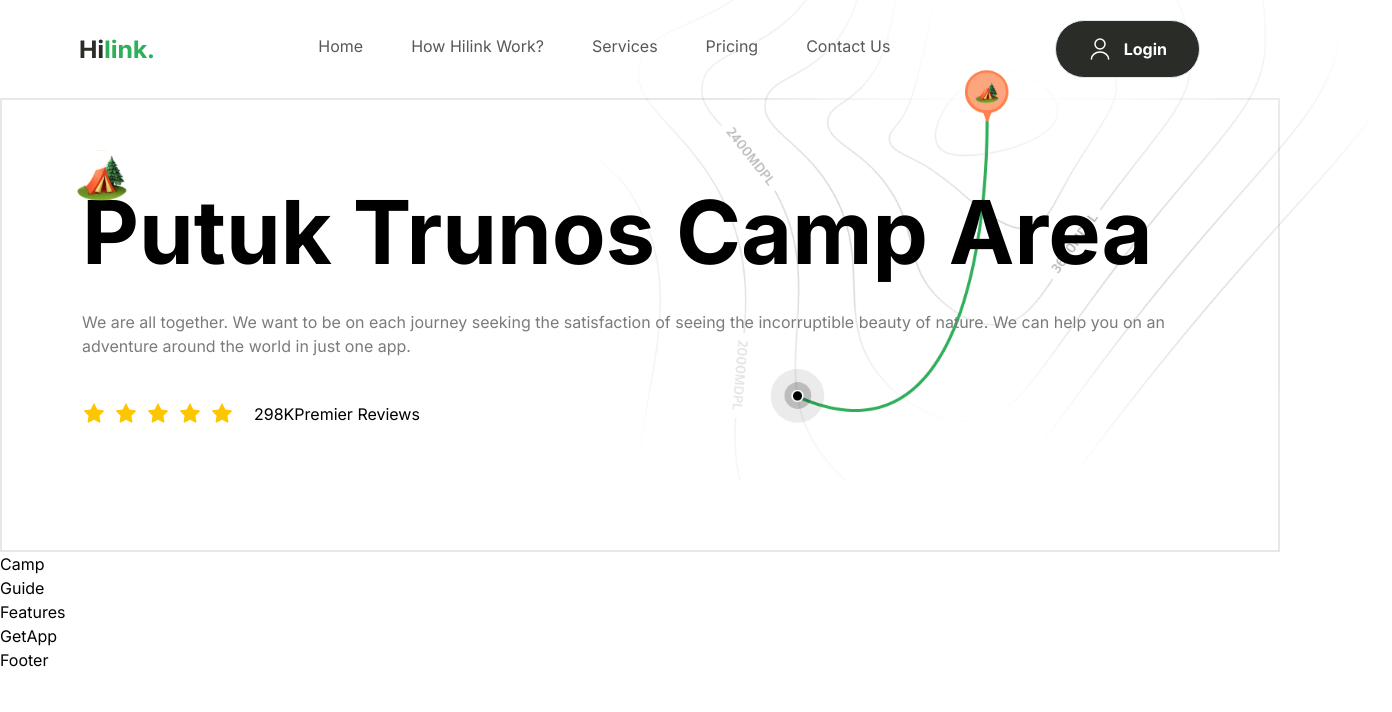
Repository: SouthpawC0der/Modern-reactsite
Page: /
The author's editor kept a copy of each file at every save. The page is drawn from the files as they stood at one save, then again after the next save.
The browser window is 1280 px wide. The page is 1392 px wide, so the pictures cover 1392 px, including what lies to the right of the window. The pictures show the whole page.
The project was rebuilt for these pictures with package versions that can differ from the ones it lists, and the page was loaded fresh each time. The framework's server and built-in components were replaced by stand-ins that run in the browser. Also part of the build but not shown: next.config.ts.

Above is the page before, as saved 2025-01-30 11:33:36.

After the next save:
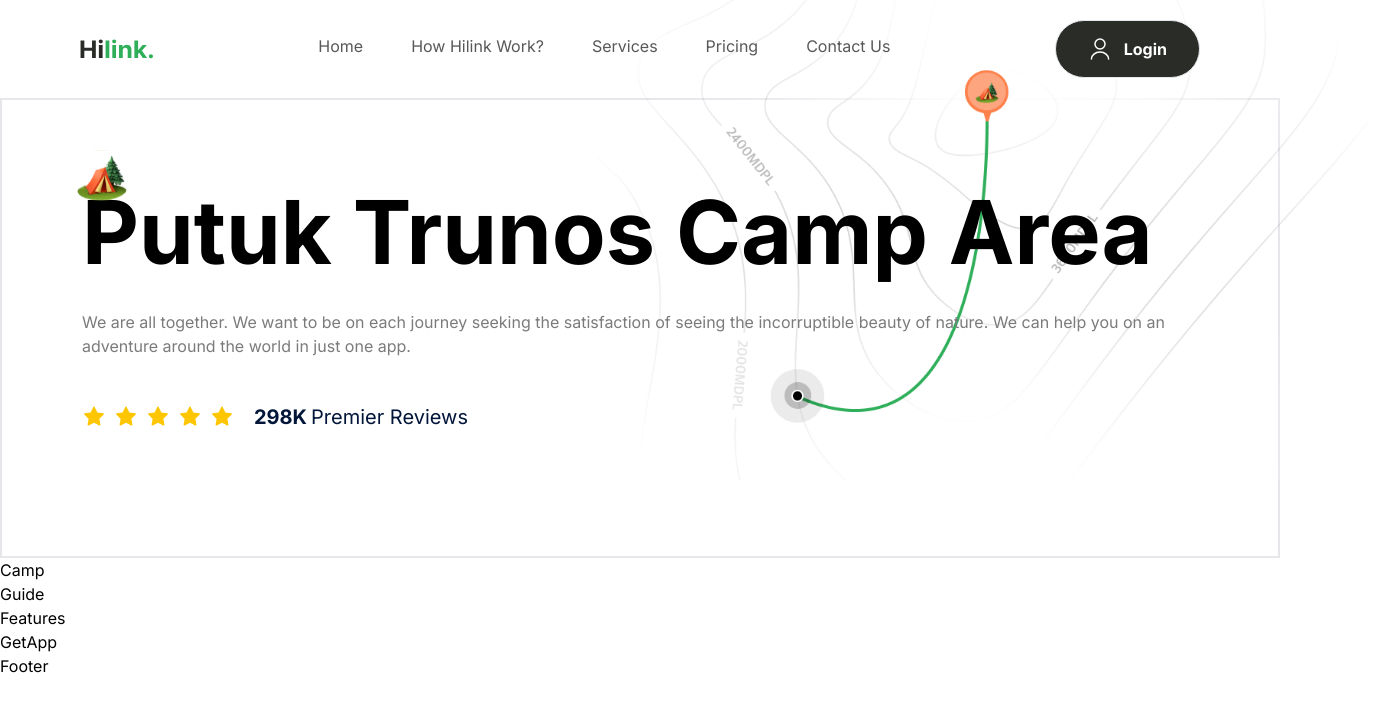
Saved 38 s later.
--- a/components/Hero.tsx
+++ b/components/Hero.tsx
@@ -34,9 +34,9 @@ const Hero = () => {
                         />
                     ))}
                 </div>
-                <p>
+                <p className='bold-16 lg:bold-20 text-blue-70'>
                     298K
-                    <span>Premier Reviews</span>
+                    <span className='regular-16 lg:regular-20 ml-1'>Premier Reviews</span>
                 </p>
              </div>
         </div>
